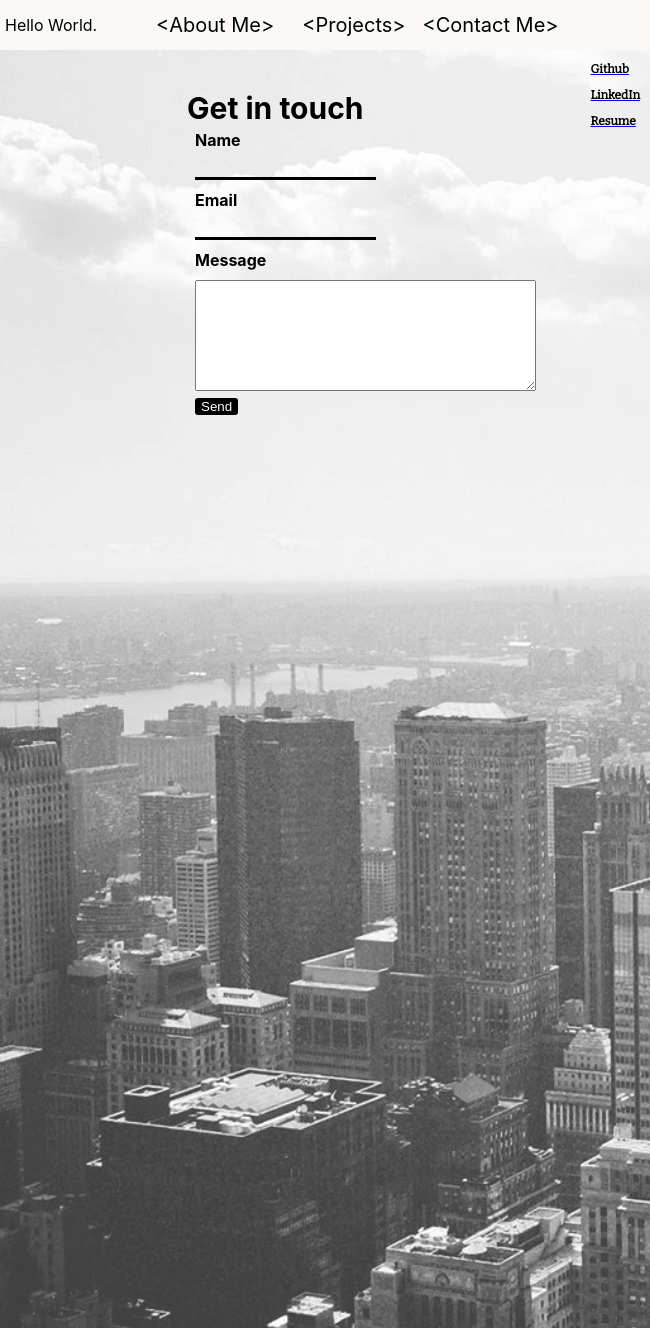
Repository: ghend99/website_ethan_pratt
Page: /contact
An editor plug-in stored every save of this project. The page is shown before and after the next save, followed by the edit.
The browser window is 375 px wide. The page is 650 px wide, so the pictures cover 650 px, including what lies to the right of the window. The pictures show the whole page.
The project was rebuilt for these pictures with package versions that can differ from the ones it lists, and the page was loaded fresh each time. Also part of the build but not shown: src/pages/home.js, src/css/about.css, src/pages/about.js, src/pages/project.js.

Above is the page before, as saved 2023-04-25 08:53:45.

### public/index.html
<!DOCTYPE html>
<html lang="en">
  <head>
    <meta charset="utf-8" />
    <link rel="icon" href="%PUBLIC_URL%/favicon.ico" />
    <meta name="viewport" content="width=device-width, initial-scale=1" />
    <meta name="theme-color" content="#000000" />
    <meta
      name="description"
      content="Web site created using create-react-app"
    />
    <link rel="apple-touch-icon" href="%PUBLIC_URL%/logo192.png" />
    <!--
      manifest.json provides metadata used when your web app is installed on a
      user's mobile device or desktop. See https://developers.google.com/web/fundamentals/web-app-manifest/
    -->
    <link rel="manifest" href="%PUBLIC_URL%/manifest.json" />
    <!--
      Notice the use of %PUBLIC_URL% in the tags above.
      It will be replaced with the URL of the `public` folder during the build.
      Only files inside the `public` folder can be referenced from the HTML.

      Unlike "/favicon.ico" or "favicon.ico", "%PUBLIC_URL%/favicon.ico" will
      work correctly both with client-side routing and a non-root public URL.
      Learn how to configure a non-root public URL by running `npm run build`.
    -->
    <title>Ethan Pratt | Junior Front-End Developer</title>
  </head>
  <body>
    <noscript>You need to enable JavaScript to run this app.</noscript>
    <div id="root"></div>
    <!--
      This HTML file is a template.
      If you open it directly in the browser, you will see an empty page.

      You can add webfonts, meta tags, or analytics to this file.
      The build step will place the bundled scripts into the <body> tag.

      To begin the development, run `npm start` or `yarn start`.
      To create a production bundle, use `npm run build` or `yarn build`.
    -->
  </body>
</html>

### src/App.js
import { BrowserRouter as Router, Routes, Route } from "react-router-dom";
import { Home } from "./pages/home";
import { About } from "./pages/about.js";
import { Project } from "./pages/project.js";
import { Contact } from "./pages/contact.js";

function App() {
  return (
    <div className="App">
      <Router>
        <Routes>
          <Route path="/" element={<Home />} />
          <Route path="/projects" element={<Project />} />
          <Route path="/about" element={<About />} />
          <Route path="/contact" element={<Contact />} />
        </Routes>
      </Router>
    </div>
  );
}

export default App;

### src/pages/contact.js
import React, { useRef } from "react";
import emailjs from "@emailjs/browser";
import { Header } from "../components/header.js";
import "../css/contact.css";

export const Contact = () => {
  const form = useRef();

  const sendEmail = (e) => {
    e.preventDefault();

    emailjs
      .sendForm(
        "service_baem50f",
        "template_3lrlcby",
        form.current,
        "PLR_fdQuEr_RCEmkO"
      )
      .then(
        (result) => {
          alert(`Message Sent`);
          console.log(result.text);
          e.target.reset();
        },
        (error) => {
          console.log(error.text);
        }
      );
  };
  return (
    <div>
      <div className="bg">
        <Header />
        <div id="contact-container">
          <h1 className="contact-header">Get in touch</h1>
          <div id="contact-form">
            <form ref={form} onSubmit={sendEmail}>
              <label className="form-name-header">Name</label>
              <input className="form-name-input" type="text" name="user_name" />
              <label className="form-email-header">Email</label>
              <input
                className="form-email-input"
                type="email"
                name="user_email"
              />
              <label className="form-message-header">Message</label>
              <textarea
                className="form-message-input"
                name="message"
                rows="7"
                cols="40"
              />
              <input className="form-submit" type="submit" value="Send" />
            </form>
          </div>
        </div>
      </div>
    </div>
  );
};

### src/components/header.js
import React, { useState } from "react";
import { Link } from "react-router-dom";
import "../css/header.css";
import github from "../images/github.png";
import linkedin from "../images/linkedin.png";
import resume from "../images/resume.png";
import menu from "../images/menu.png";

export const Header = () => {
  return (
    <div className="header-container">
      <Link className="header-title" to="/">
        Hello World.
      </Link>
      <Link id="header-nav" className="header-projects" to="/projects">
        &lt;Projects&gt;
      </Link>
      <Link id="header-nav" className="header-about" to="/about">
        &lt;About Me&gt;
      </Link>
      <Link id="header-nav" className="header-contact" to="/contact">
        &lt;Contact Me&gt;
      </Link>
      <a href="https://github.com/ghend99" target={"_blank"}>
        <img id="header-socials" className="header-github" src={github} />
      </a>
      <a href="https://www.linkedin.com/in/ethanapratt/" target={"_blank"}>
        <img id="header-socials" className="header-linkedin" src={linkedin} />
      </a>
      <a
        href="https://acrobat.adobe.com/link/review?uri=urn:aaid:scds:US:da99c37f-c24d-3e9b-a6fa-3d40d675b989"
        target={"_blank"}
      >
        <img id="header-socials" className="header-resume" src={resume} />
      </a>

      <div className="header-socials-list">
        <a href="https://github.com/ghend99" target={"_blank"}>
          <p className="header-socials-text">Github</p>
        </a>
        <a href="https://www.linkedin.com/in/ethanapratt/" target={"_blank"}>
          <p className="header-socials-text">LinkedIn</p>
        </a>
        <a
          href="https://acrobat.adobe.com/link/review?uri=urn:aaid:scds:US:da99c37f-c24d-3e9b-a6fa-3d40d675b989"
          target={"_blank"}
        >
          <p className="header-socials-text">Resume</p>
        </a>
      </div>
    </div>
  );
};

### src/css/home.css
@import url("https://fonts.googleapis.com/css2?family=Bitter&display=swap");

#center-container {
  position: relative;
  max-width: 25%;
  min-width: 500px;
  height: 20%;
  border-bottom: solid;
  /* background-color: aqua; */
  margin-left: auto;
  margin-right: auto;
  top: 10%;
  text-align: center;
  padding: 70px 0;
}

.home-name {
  top: 0;
  font-size: 50px;
  font-weight: bold;
}

.home-job-title {
  font-size: 32px;
  font-family: "Bitter";
}

.home-resume,
.home-github,
.home-linkedin {
  position: absolute;
  bottom: -50px;
  text-decoration: none;
  color: black;
  font-size: 20px;
  font-weight: bold;
  height: 50px;
  padding-bottom: 10px;
}

.home-resume:hover,
.home-github:hover,
.home-linkedin:hover {
  border-bottom: solid;
}

.home-github {
  left: 0;
}

.home-linkedin {
  left: 45%;
}

.home-resume {
  right: 0;
}

### src/css/header.css
@import url("https://fonts.googleapis.com/css2?family=Bitter&display=swap");

.header-socials-text {
  color: black;
  text-decoration: none;
  border-bottom: none;
}

.header-container {
  position: relative;
  display: flex;
  flex-direction: row;
  max-width: 100%;
  min-width: 530px;
  max-height: 200px;
  min-height: 50px;
  background-color: #faf9f6;
  /* padding-top: 20px; */
}

.header-title {
  position: absolute;
  left: 5px;
  margin: 0;
  margin-right: clamp(20px, 50px, 30px);
  font-size: clamp(1rem, 4vw, 1.7rem);
  top: 8px;
  text-decoration: none;
  color: black;
}

#header-nav {
  position: absolute;
  display: flex;
  font-size: clamp(1rem, 4vw, 1.5rem);
  margin: 0;
  margin-right: clamp(20px, 50px, 30px);
  top: 8px;
}

.header-projects {
  left: clamp(30%, 46.5%, 60%);
  text-decoration: none;
  color: black;
}

.header-about {
  margin: 0;
  margin-left: 50px;
  margin-right: 100px;
  left: clamp(5px, 24%, 55%);
  text-decoration: none;
  color: black;
}

.header-contact {
  left: clamp(20%, 65%, 70%);
  text-decoration: none;
  color: black;
}

#header-socials {
  max-width: 11%;
  min-width: 35px;
  max-height: 50%;
  min-height: 10px;
  top: 15px;
  cursor: pointer;
}

#header-nav:hover {
  border-bottom: solid;
}

.header-github {
  position: absolute;
  right: clamp(10px, 12%, 110px);
}

.header-linkedin {
  position: absolute;
  right: clamp(5px, 10%, 60px);
}

.header-resume {
  position: absolute;
  right: clamp(10px, 10%, 10px);
}

.bg {
  position: relative;
  max-width: 100%;
  min-width: 650px;
  height: 100%;
  min-height: 83rem;
  background-size: cover;
  background-repeat: no-repeat;
  background-position: center center;
}

.bg::before {
  content: "";
  background-image: url(../images/background-image.jpg);
  background-size: cover;
  position: absolute;
  top: 0px;
  right: 0px;
  bottom: 0px;
  left: 0px;
  opacity: 0.75;
}

.header-socials-list {
  position: absolute;
  right: 10px;
  top: 50px;
  font-size: 12px;
  font-weight: bold;
  font-family: "Bitter";
  color: black;
  opacity: 0;
  transition: all 0.2s;
}

@media screen and (min-width: 0) and (max-width: 1028px) {
  #header-socials {
    display: none;
  }

  .header-socials-list {
    opacity: 1;
  }
}

@media screen and (min-width: 0) and (max-width: 612px) {
  #header-nav {
    top: 13px;
    font-size: 22px;
  }

  .header-socials-menu {
    top: 15px;
    right: 10px;
    width: 20px;
    height: 20px;
  }
}

@media screen and (min-width: 0) and (max-width: 554px) {
  #header-nav {
    font-size: 20px;
  }

  .header-title {
    top: 15px;
    font-size: 16px;
  }
}

@media screen and (min-width: 0) and (max-width: 554px) {
  .header-container {
    min-width: 200px;
  }
}

### src/css/project.css
@import url("https://fonts.googleapis.com/css2?family=Bitter&display=swap");

#projects-container {
  position: absolute;
  display: grid;
  grid-template-columns: 1fr 1fr 1fr 1fr;
  grid-template-rows: 3fr;
  max-width: 80%;
  min-width: 70%;
  max-height: 400vh;
  min-height: 150px;
  /* background-color: blue; */
  /* opacity: 0.7; */
  left: 10%;
  top: 10%;
}

#single-project {
  position: relative;
  max-width: 100%;
  max-height: 600px;
  min-height: 100%;
  border: solid;
  text-align: center;
  background-color: #faf9f6;
}

.project-name {
  font-family: "Bitter";
  font-size: clamp(18px, 24px, 30px);
}

#project-image {
  position: relative;
  max-width: 80%;
  max-height: 75%;
  min-height: 20%;
  top: -10px;
  margin-left: auto;
  margin-right: auto;
}

.image {
  width: 70%;
}

#project-stacks-used {
  margin: 0;
  top: 300px;
}

.project-footer {
  position: absolute;
  display: grid;
  grid-template-columns: 1fr 1fr 1fr;
  text-align: center;
  width: 100%;
  height: 6%;
  bottom: 10px;
}

.source-link,
.source-demo,
.project-info {
  position: absolute;
  text-decoration: none;
  color: black;
  font-size: clamp(0.8rem, 0.5vw, 0.8rem);
  font-weight: bold;
  height: 20px;
  cursor: pointer;
}

.source-link {
  left: 5px;
}

.source-demo {
  right: 5px;
}

#project-information {
  font-size: 14px;
}

.source-link:hover,
.source-demo:hover,
.project-info:hover {
  border-bottom: solid;
}

@media screen and (min-width: 0) and (max-width: 1028px) {
  /* #project-container {
    grid-template-columns: 1fr 1fr 1fr;
  } */

  /* #single-project {
    height: 50%;
  } */

  .project-footer {
    grid-template-rows: 0.5fr;
    bottom: 0;
  }

  .source-link,
  .source-demo,
  .project-info {
    font-size: 10px;
    font-weight: bold;
  }

  .source-link {
    margin: 0;
  }

  .source-demo {
    margin: 0;
    right: 7px;
  }

  .project-info {
    margin: 0;
    top: -4px;
  }
}

@media screen and (min-width: 0) and (max-width: 708px) {
  #projects-container {
    height: 20%;
  }

  .project-footer {
    bottom: 0;
  }

  .source-link,
  .source-demo,
  .project-info {
    font-size: 8px;
  }

  #single-project {
    min-height: 410px;
  }

  #project-information {
    font-size: 12px;
  }
}

### src/css/contact.css
#contact-container {
  position: relative;
  max-width: 40%;
  min-width: 30%;
  height: 360px;
  top: 40px;
  margin-left: auto;
  margin-right: auto;
}

.contact-header {
  position: absolute;
  top: 0;
  left: -8px;
  font-size: clamp(1rem, 4vw, 7rem);
  margin: 0;
}

#contact-form {
  position: relative;
  width: 100%;
  height: 300px;

  top: 140px;
}

.form-name-input,
.form-email-input {
  background-color: transparent;
  border: none;
  border-bottom: solid;
  outline: none;
}

.form-name-header {
  position: absolute;
  top: 0;
  left: 0;
  font-weight: bold;
}

.form-name-input {
  position: absolute;
  top: 30px;
  left: 0;
}

.form-email-header {
  position: absolute;
  top: 60px;
  left: 0;
  font-weight: bold;
}

.form-email-input {
  position: absolute;
  top: 90px;
  left: 0;
}

.form-message-header {
  position: absolute;
  top: 120px;
  left: 0;
  font-weight: bold;
}

.form-message-input {
  position: absolute;
  top: 150px;
  left: 0;
}

.form-submit {
  position: relative;
  top: 265px;
  background-color: black;
  color: white;
  cursor: pointer;
  opacity: 1;
  border: none;
  border-radius: 3px;
}

@media screen and (min-width: 0) and (max-width: 1000px) {
  #contact-form {
    top: 50px;
  }
}

@media screen and (min-width: 0) and (max-width: 500px) {
  .contact-header {
    font-size: 30px;
  }

  #contact-form {
    top: 40px;
  }
}

Loaded but not shown: src/index.js (common file); src/index.css (common file)

After the next save:
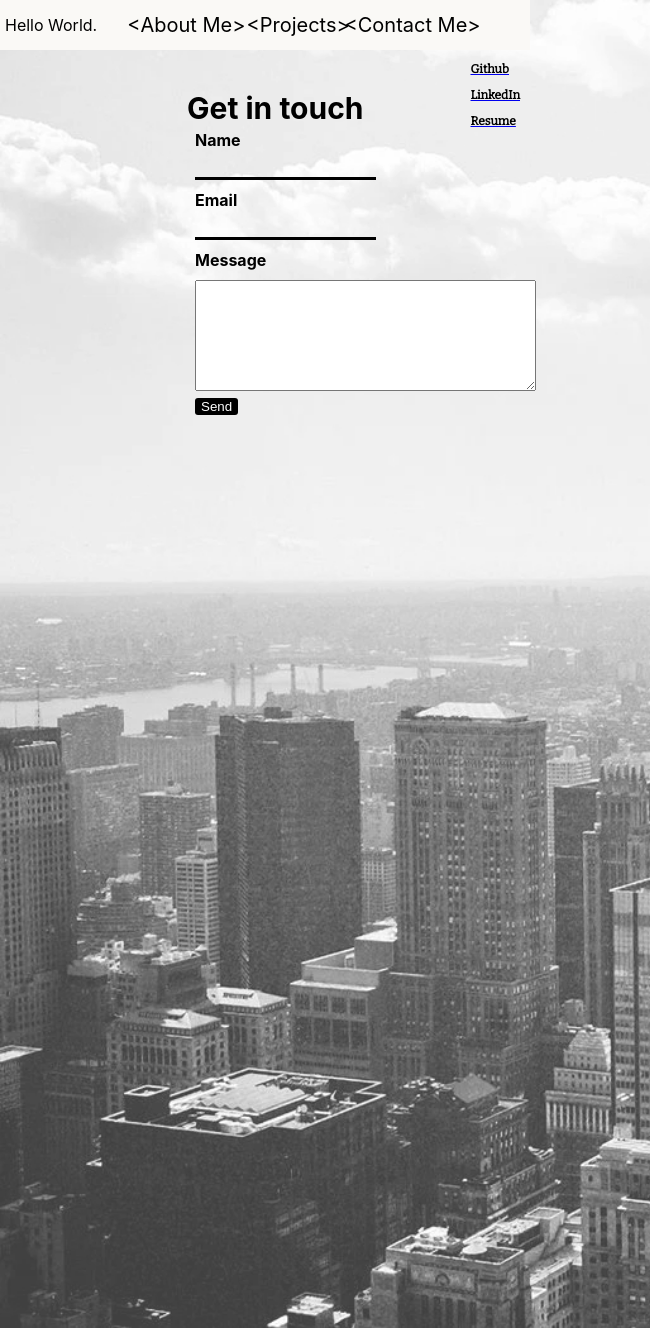
Saved 11 s later.
--- a/src/css/header.css
+++ b/src/css/header.css
@@ -159,6 +159,6 @@
 
 @media screen and (min-width: 0) and (max-width: 554px) {
   .header-container {
-    min-width: 200px;
+    width: 200px;
   }
 }
